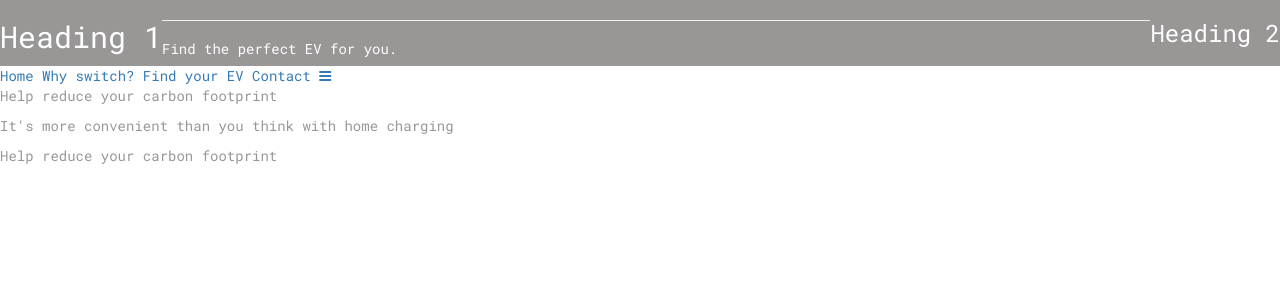
Repository: gnisco/project-2
Page: index.html
The author's editor kept a record of every edit. The page is drawn from the files as they stood at one moment, then again after the next edit.
The browser window is 1280 px wide. The pictures show the whole page.
Some web libraries are served in a nearby version.

Above is the page before.

After the next edit:
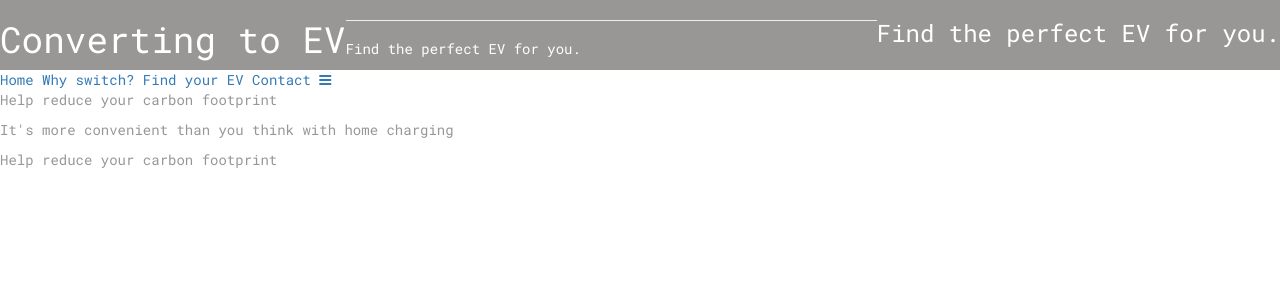
The edit:
--- a/index.html
+++ b/index.html
@@ -14,8 +14,8 @@
         <div class="col">
             <div class="row bg-color-name-title">
                 <div style="clear: both">
-                    <h2 style="float: left">Heading 1</h2>
-                    <h3 style="float: right">Heading 2</h3>
+                    <h1 style="float: left">Converting to EV</h1>
+                    <h3 style="float: right">Find the perfect EV for you.</h3>
                 </div>
                 <hr />
                 <div class="col heading">
